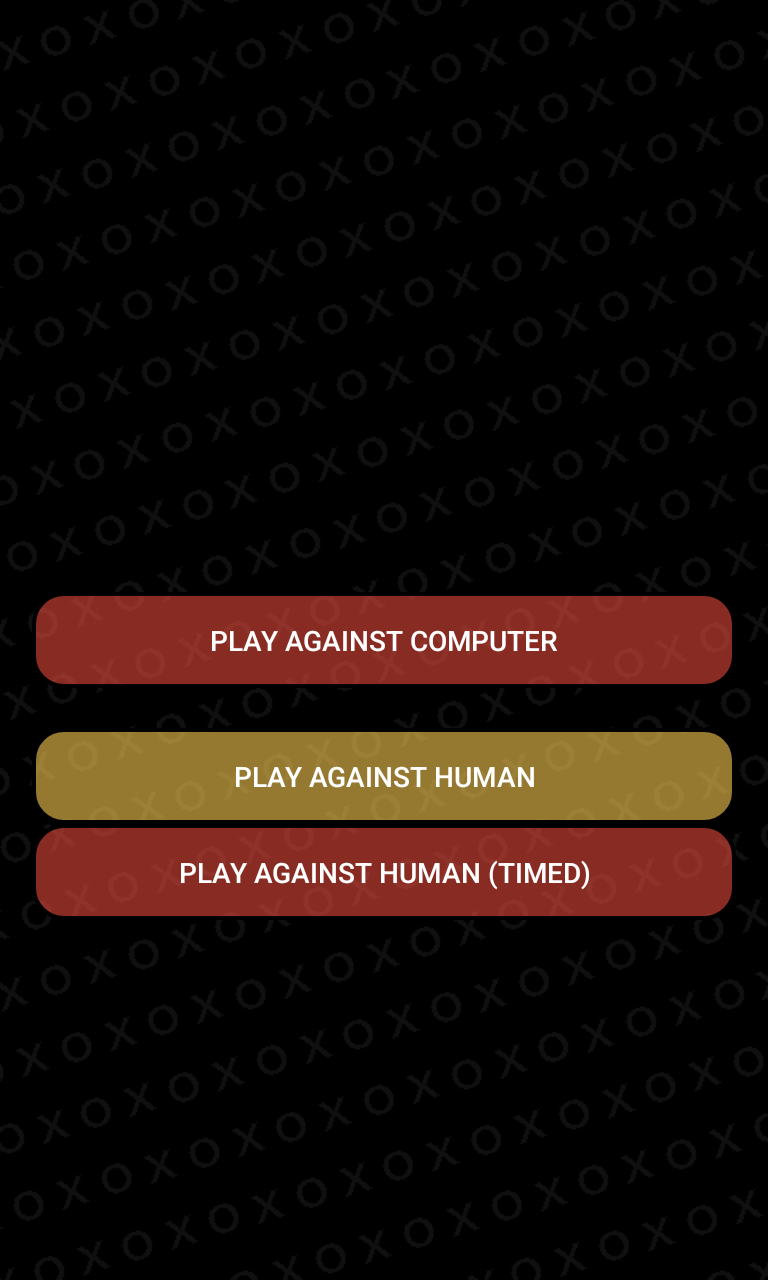
Repository: Dsupreme/MC_tictactoe
Layout: basicgrid/res/layout/activity_game_mode.xml
An editor plug-in stored every save of this project. The layout is shown before and after the next save, followed by the edit.
It is drawn on a 768 x 1280 px phone screen (xhdpi) without system bars, with theme AppTheme; the app's code is not run.

Above is the layout before, as saved 2014-12-02 06:42:39.

After the next save:
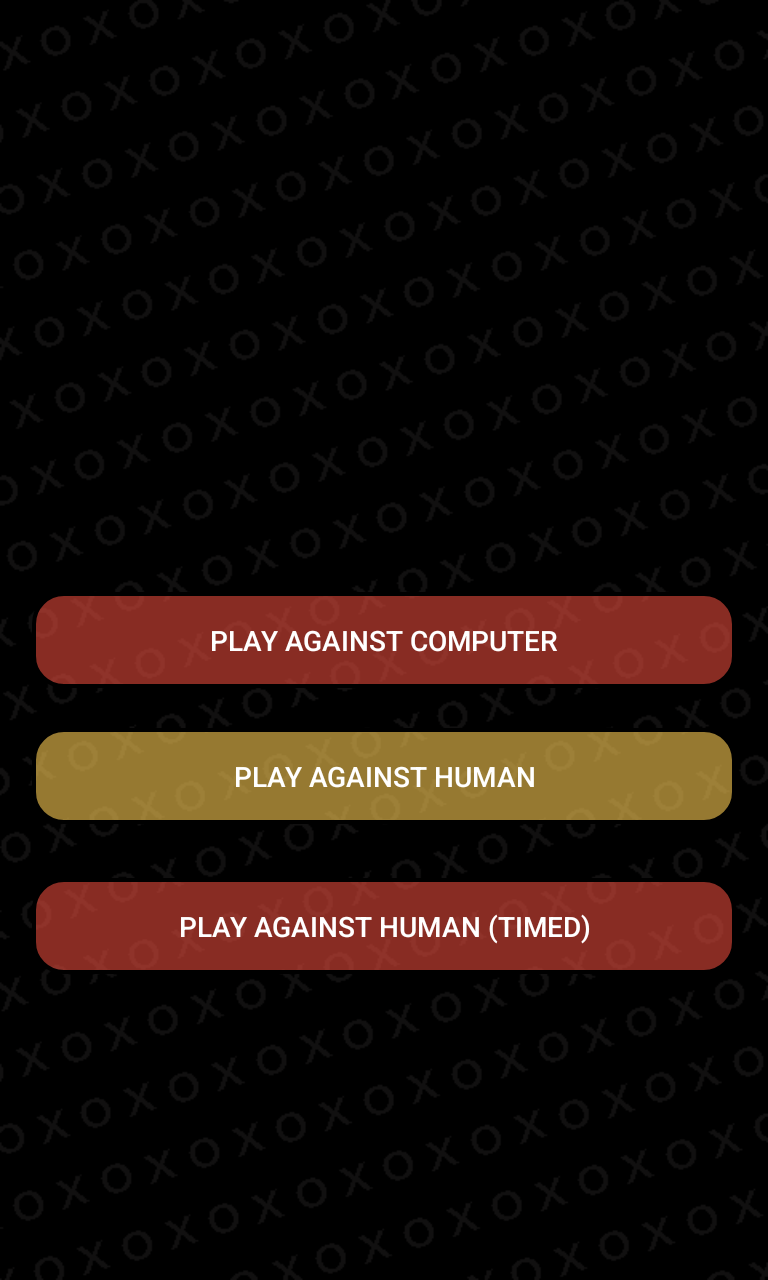
Saved 3 min 4 s later.
--- a/basicgrid/res/layout/activity_game_mode.xml
+++ b/basicgrid/res/layout/activity_game_mode.xml
@@ -29,23 +29,26 @@
         android:textColor="#FFF"/>
 
     <Button
+        android:id="@+id/multiPlayerTimed"
+        android:layout_width="match_parent"
+        android:layout_height="wrap_content"
+        android:layout_alignLeft="@+id/multiPlayer"
+        android:layout_below="@+id/multiPlayer"
+        android:layout_marginTop="27dp"
+        android:background="@drawable/button_states_peach"
+        android:gravity="center"
+        android:text="Play Against Human (Timed)"
+        android:textColor="#FFF" />
+
+    <Button
         android:id="@+id/multiPlayer"
         android:layout_width="match_parent"
         android:layout_height="wrap_content"
+        android:layout_alignLeft="@+id/singlePlayer"
         android:layout_below="@+id/singlePlayer"
         android:background="@drawable/button_states_yellow"
         android:gravity="center"
         android:text="Play Against Human"
-        android:textColor="#FFF"/>
-
-    <Button
-        android:id="@+id/multiPlayerTimed"
-        android:layout_width="match_parent"
-        android:layout_height="wrap_content"
-        android:layout_below="@+id/multiPlayer"
-        android:background="@drawable/button_states_peach"
-        android:gravity="center"
-        android:text="Play Against Human (Timed)"
-        android:textColor="#FFF"/>
+        android:textColor="#FFF" />
 
 </RelativeLayout>
